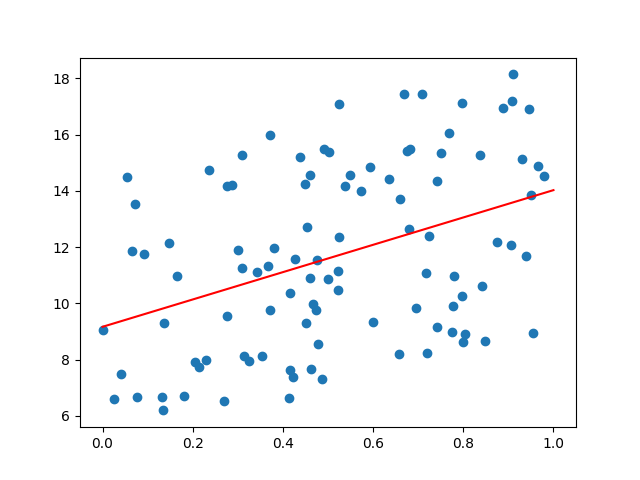
Repository: eieioF11/Python
Script's output: python project/python_sample/Machinelearning_LinearRegression.py
An editor plug-in stored every save of this project. The script's output is shown before and after a run of saves, followed by the edit.
Random numbers start from a fixed seed.

Above is the script's output before, as saved 2020-05-24 11:23:31.

After the next 2 saves:
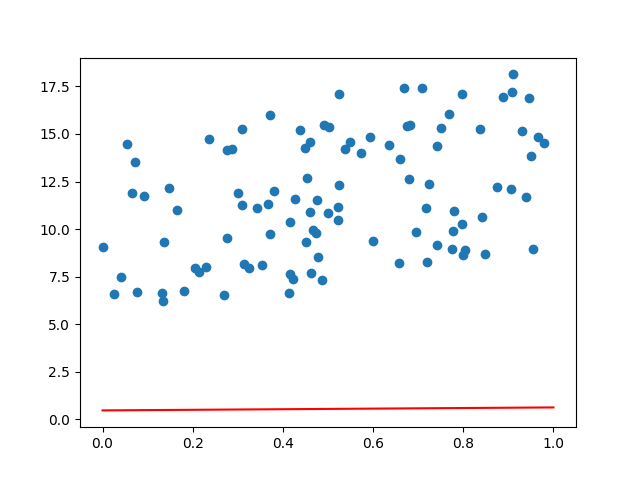
The 2 saves are shown as one change because they came seconds apart.
The last was saved 6 min 27 s later.
--- a/project/python_sample/Machinelearning_LinearRegression.py
+++ b/project/python_sample/Machinelearning_LinearRegression.py
@@ -8,7 +8,7 @@ X2 = np.random.rand(100,1)
 Y = 5 + 3 * X1 + 10 * X2 + np.random.rand(100,1)
 
 
-lin_reg = LinearRegression().fit(X1,Y.ravel())
+lin_reg = LinearRegression().fit(X1,X2,Y.ravel())
 
 print(lin_reg.intercept_,lin_reg.coef_)
 
